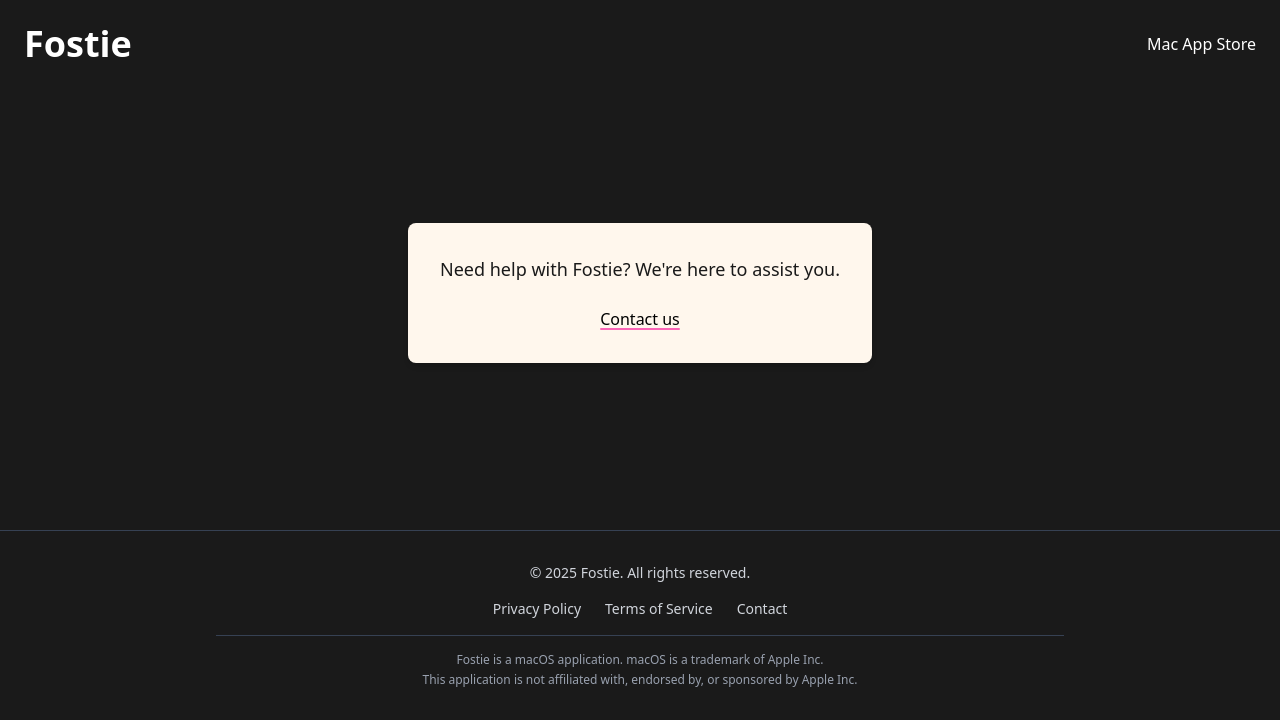
Repository: atimael/fostie-web
Page: /
An editor plug-in stored every save of this project. The page is shown before and after the next save, followed by the edit.
The browser window is 1280 px wide. The pictures show the whole page.
The project was rebuilt for these pictures with package versions that can differ from the ones it lists, and the page was loaded fresh each time. The framework's server and built-in components were replaced by stand-ins that run in the browser. Also part of the build but not shown: next.config.js.

Above is the page before, as saved 2025-05-27 20:23:26.

After the next save:
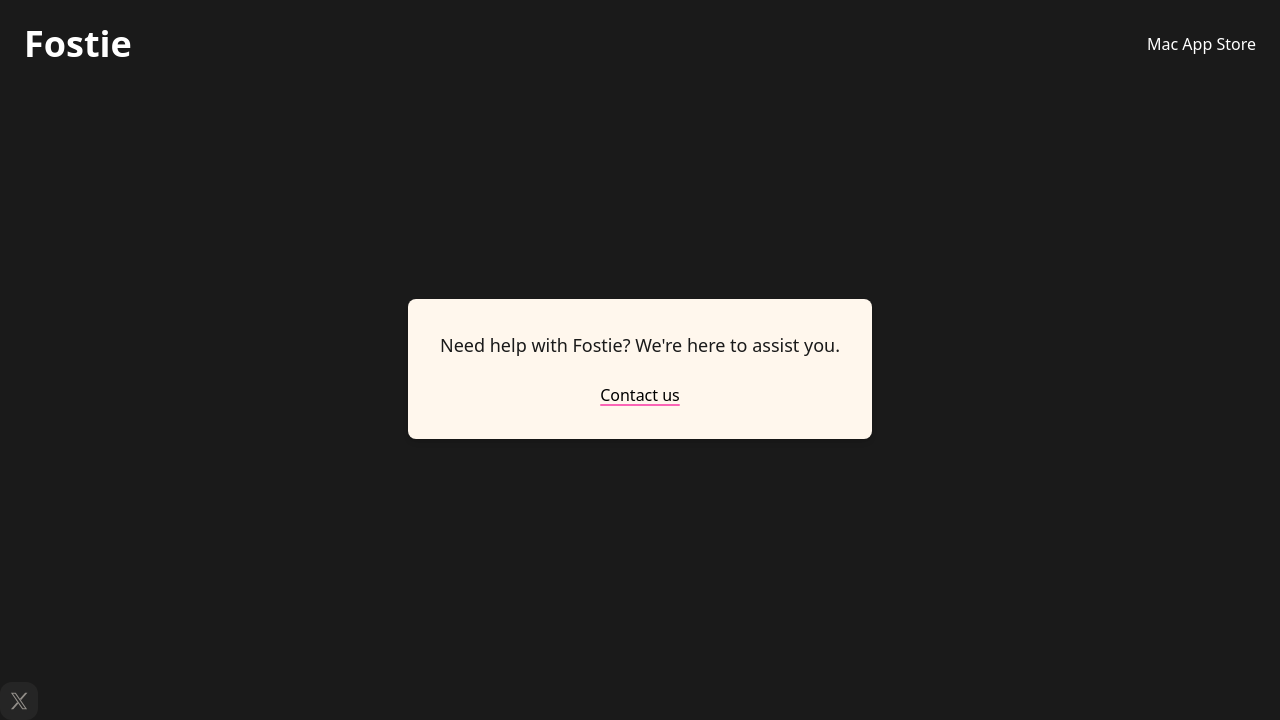
Saved 75 s later.
--- a/components/footer.tsx
+++ b/components/footer.tsx
@@ -2,44 +2,26 @@
   const currentYear = new Date().getFullYear();
 
   return (
-    <footer className=" dark:bg-custom-dark border-t border-[#333333] dark:border-gray-700">
-      <div className="max-w-4xl mx-auto px-6 py-8">
-        <div className="text-center space-y-4">
-          <div className="text-sm text-gray-600 dark:text-gray-300">
-            <p>&copy; {currentYear} Fostie. All rights reserved.</p>
-          </div>
-
-          <div className="flex flex-wrap justify-center gap-6 text-sm">
-            <a
-              href="/privacy"
-              className="text-gray-600 dark:text-gray-300 hover:text-gray-900 dark:hover:text-white transition-colors"
-            >
-              Privacy Policy
-            </a>
-            <a
-              href="/terms"
-              className="text-gray-600 dark:text-gray-300 hover:text-gray-900 dark:hover:text-white transition-colors"
-            >
-              Terms of Service
-            </a>
-            <a
-              href="mailto:test@gmail.com"
-              className="text-gray-600 dark:text-gray-300 hover:text-gray-900 dark:hover:text-white transition-colors"
-            >
-              Contact
-            </a>
-          </div>
-
-          <div className="text-xs text-gray-500 dark:text-gray-400 pt-4 border-t border-gray-100 dark:border-gray-700">
-            <p>
-              Fostie is a macOS application. macOS is a trademark of Apple Inc.
-            </p>
-            <p className="mt-1">
-              This application is not affiliated with, endorsed by, or sponsored
-              by Apple Inc.
-            </p>
-          </div>
-        </div>
+    <footer>
+      <div className="flex items-center justify-between">
+        <a
+          className="group inline-flex items-center outline-none transition duration-300 hover:bg-stone-800/5 focus:ring-2 focus:ring-fuchsia-300 dark:bg-orange-50/5 dark:hover:bg-orange-50/5 rounded-xl bg-stone-800/5 p-2 text-stone-500 hover:text-stone-800 dark:text-orange-50 dark:hover:text-orange-50"
+          href="https://twitter.com/henrikruscon"
+          rel="noopener noreferrer"
+          target="_blank"
+          aria-label="X (Twitter)"
+        >
+          <svg
+            class="size-[22px] origin-center fill-current transition duration-300 ease-out group-hover:scale-105 dark:opacity-50 dark:group-hover:opacity-100"
+            xmlns="http://www.w3.org/2000/svg"
+            viewBox="0 0 24 24"
+            aria-hidden="true"
+          >
+            <path d="M21.2391 3H18.6854L12.9921 9.61784L14.1261 11.2682L21.2391 3Z"></path>
+            <path d="M11.2104 14.6575L10.0764 13.0071L3.2002 21H5.75403L11.2104 14.6575Z"></path>
+            <path d="M8.44486 3H3.2002L15.5685 21H20.8131L8.44486 3ZM5.31391 4.16971H7.70053L18.6861 19.8835H16.2995L5.31391 4.16971Z"></path>
+          </svg>
+        </a>
       </div>
     </footer>
   );
